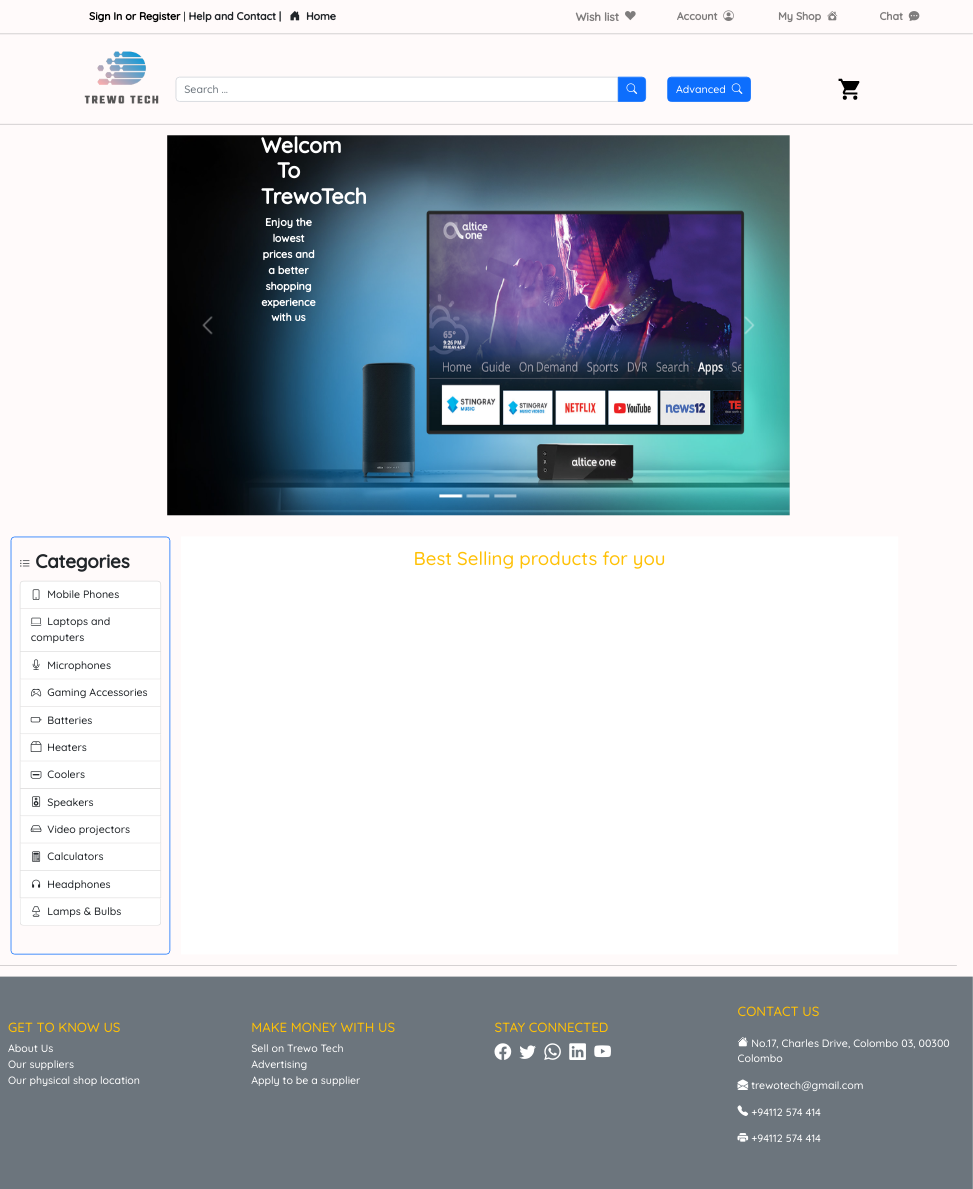
Repository: nethmidinanjana/trewotech
Page: http://localhost/trewotech/home.php
The author's editor kept a copy of each file at every save. The page is drawn from the files as they stood at one save, then again after the next save.
The browser window is 1280 px wide. The pictures show the whole page, at 76% of full size.
Some web libraries are served in a nearby version. The page is run by PHP 8.4 with error messages shown; the project is at /var/www/html/. Queries for data that is not in the repository find no rows.

Above is the page before, as saved 2024-06-25 19:49:14.

After the next save:
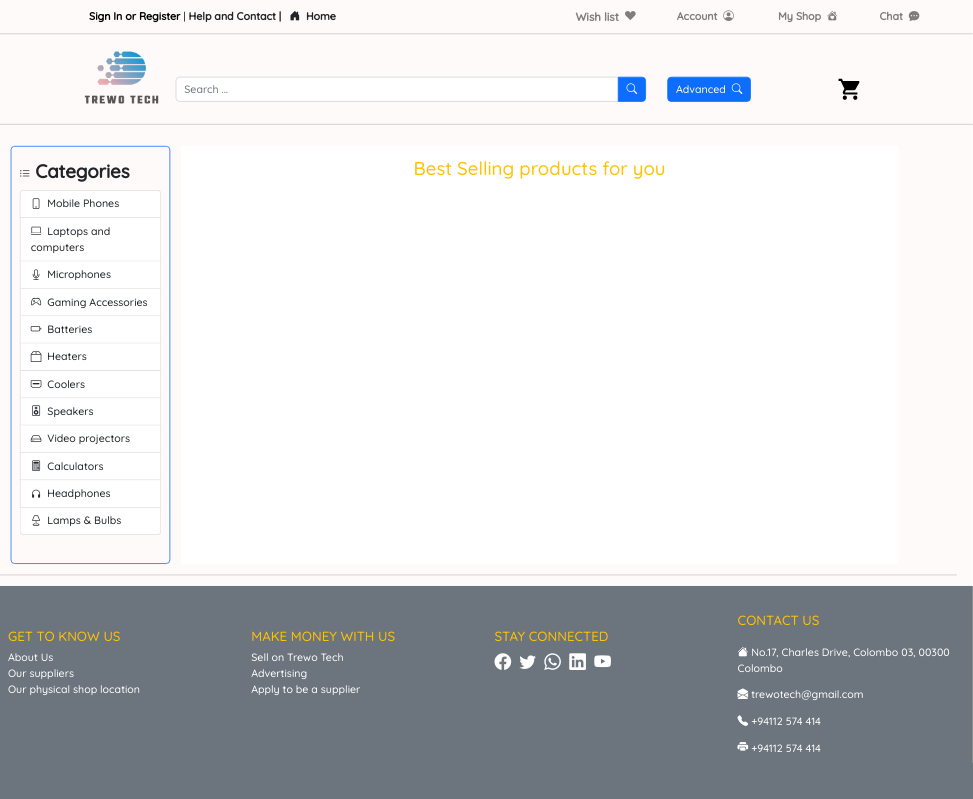
Saved 186 days later.
--- a/home.php
+++ b/home.php
@@ -53,7 +53,7 @@
 
                         <!-- carousel -->
 
-                        <div class="col-12 d-none d-lg-block mb-3">
+                        <!-- <div class="col-12 d-none d-lg-block mb-3">
                             <div class="row">
 
                                 <div id="carouselExampleIndicators" class="carousel slide offset-2 col-8 carousel-fade" data-bs-ride="true">
@@ -87,7 +87,7 @@
                                     </button>
                                 </div>
                             </div>
-                        </div>
+                        </div> -->
 
                         <!-- carousel -->
 
